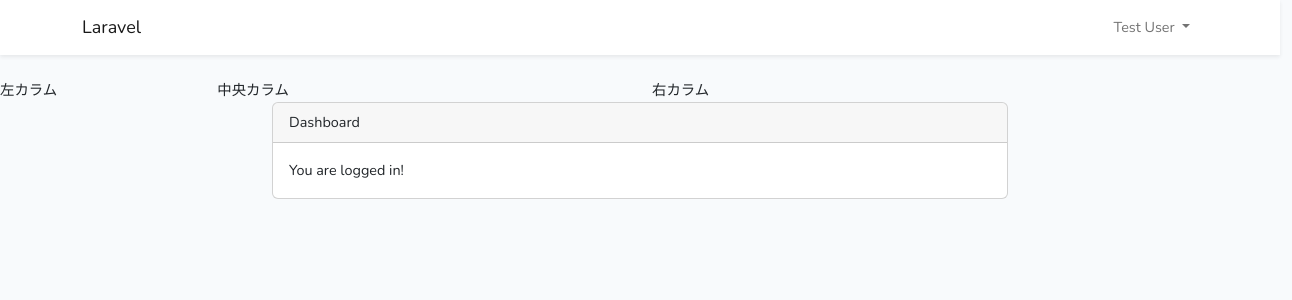
Repository: OkunoTaichi/laravel-simple-memo
Page: http://localhost/home
An editor plug-in stored every save of this project. The page is shown before and after a run of saves, followed by the edit.
The browser window is 1280 px wide. The page is 1292 px wide, so the pictures cover 1292 px, including what lies to the right of the window. The pictures show the whole page.
The page is served by the project's Laravel application, run on PHP 8.4 with Laravel 8. A made-up administrator, Test User (test@example.com), is signed in. Queries for data that is not in the repository find no rows.

Above is the page before, as saved 2022-11-09 18:18:20.

After the next 3 saves:
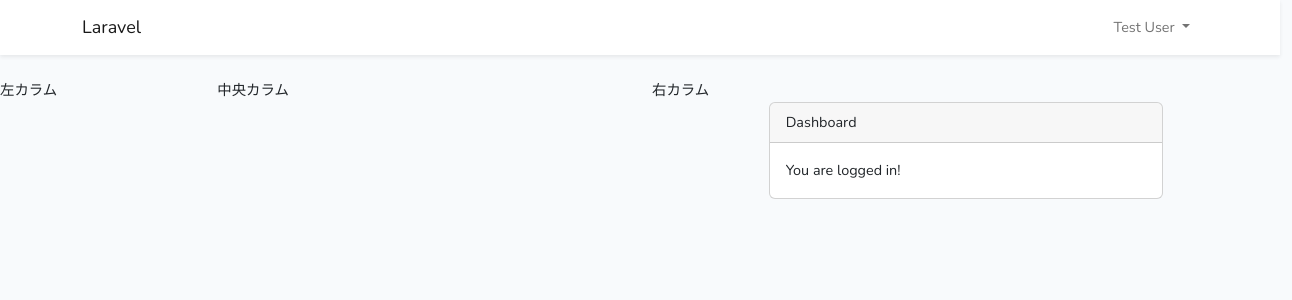
The 3 saves are shown as one change because they came seconds apart.
The last was saved 27 s later.
--- a/resources/views/layouts/app.blade.php
+++ b/resources/views/layouts/app.blade.php
@@ -80,9 +80,11 @@
             <div class="row">
                 <div class="col-md-2">左カラム</div>
                 <div class="col-md-4">中央カラム</div>
-                <div class="col-md-6">右カラム</div>
+                <div class="col-md-6">
+                    右カラム
+                    @yield('content')
+                </div>
             </div>
-            @yield('content')
         </main>
     </div>
 </body>
